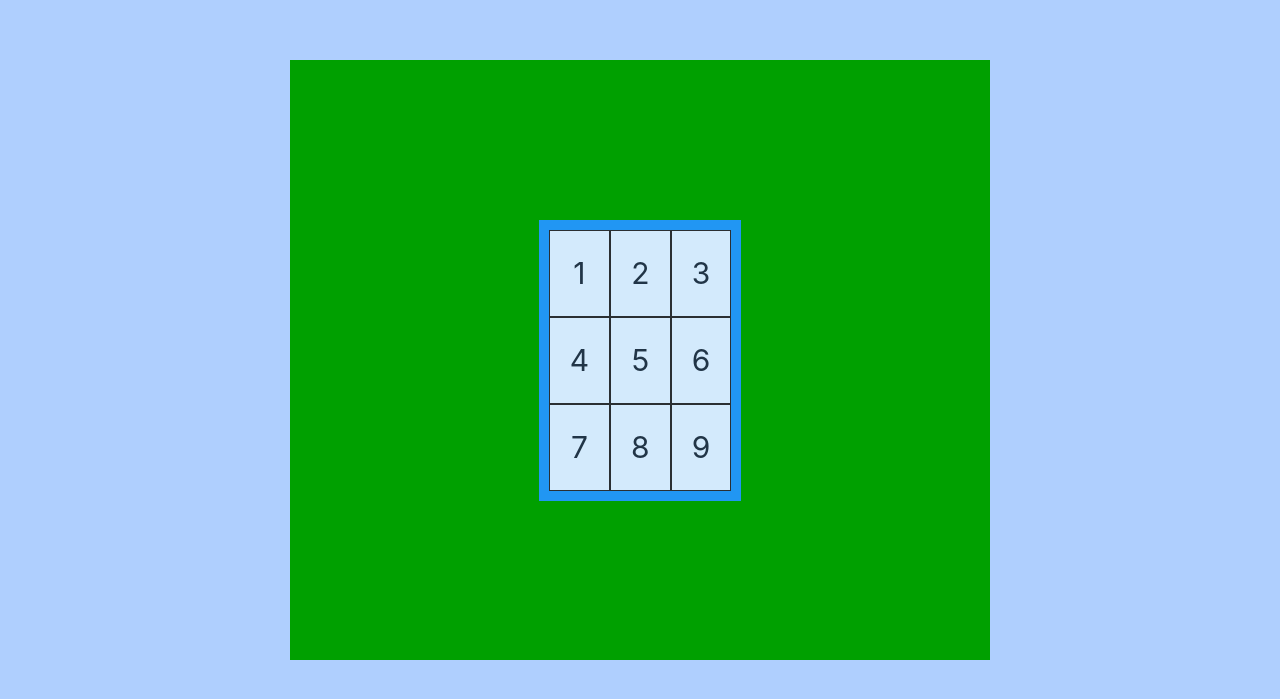
Repository: eliaoucohen72/react-reversi
Page: /
These files come from the project's save history. The page is drawn as it stood at one moment and after the next save; the edit follows.
The browser window is 1280 px wide. The pictures show the whole page.
The project was rebuilt for these pictures with package versions that can differ from the ones it lists, and the page was loaded fresh each time. Also part of the build but not shown: vite.config.ts.

Above is the page before, as saved 2024-08-26 12:38:05.

After the next save:
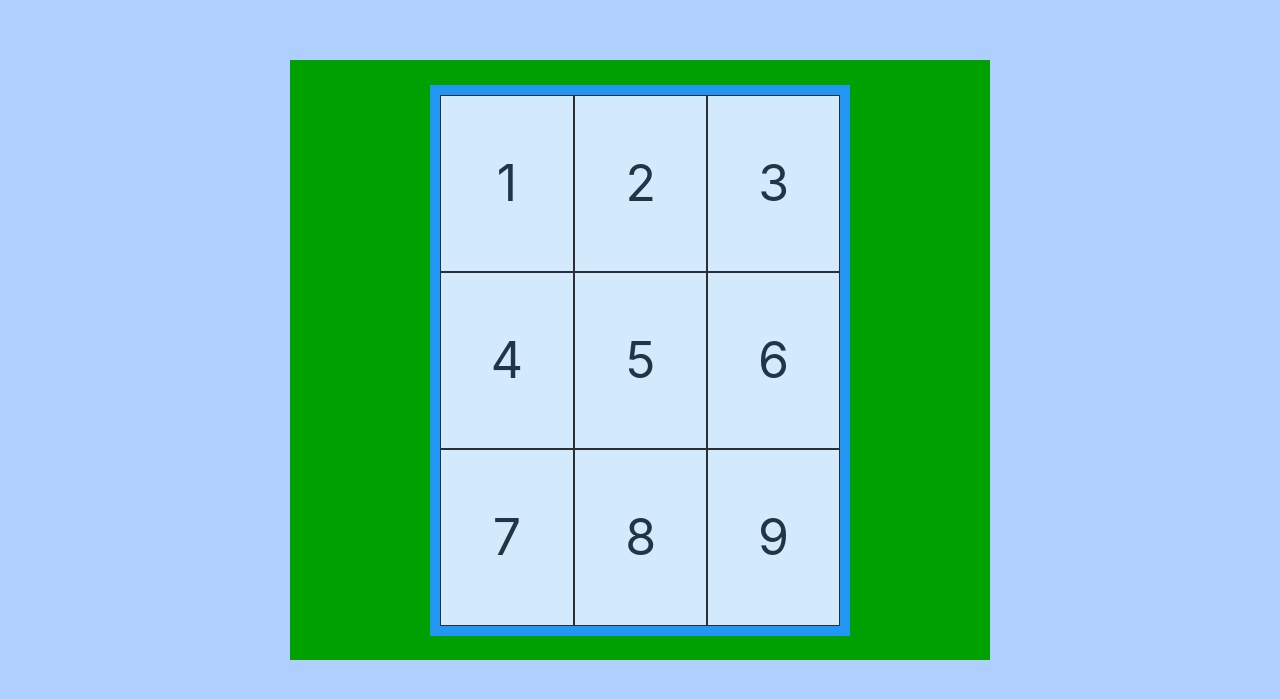
Saved 42 s later.
--- a/src/App.css
+++ b/src/App.css
@@ -9,7 +9,7 @@
 .grid-item {
   background-color: rgba(255, 255, 255, 0.8);
   border: 1px solid rgba(0, 0, 0, 0.8);
-  padding: 20px;
-  font-size: 30px;
+  padding: 50px;
+  font-size: 50px;
   text-align: center;
 }
